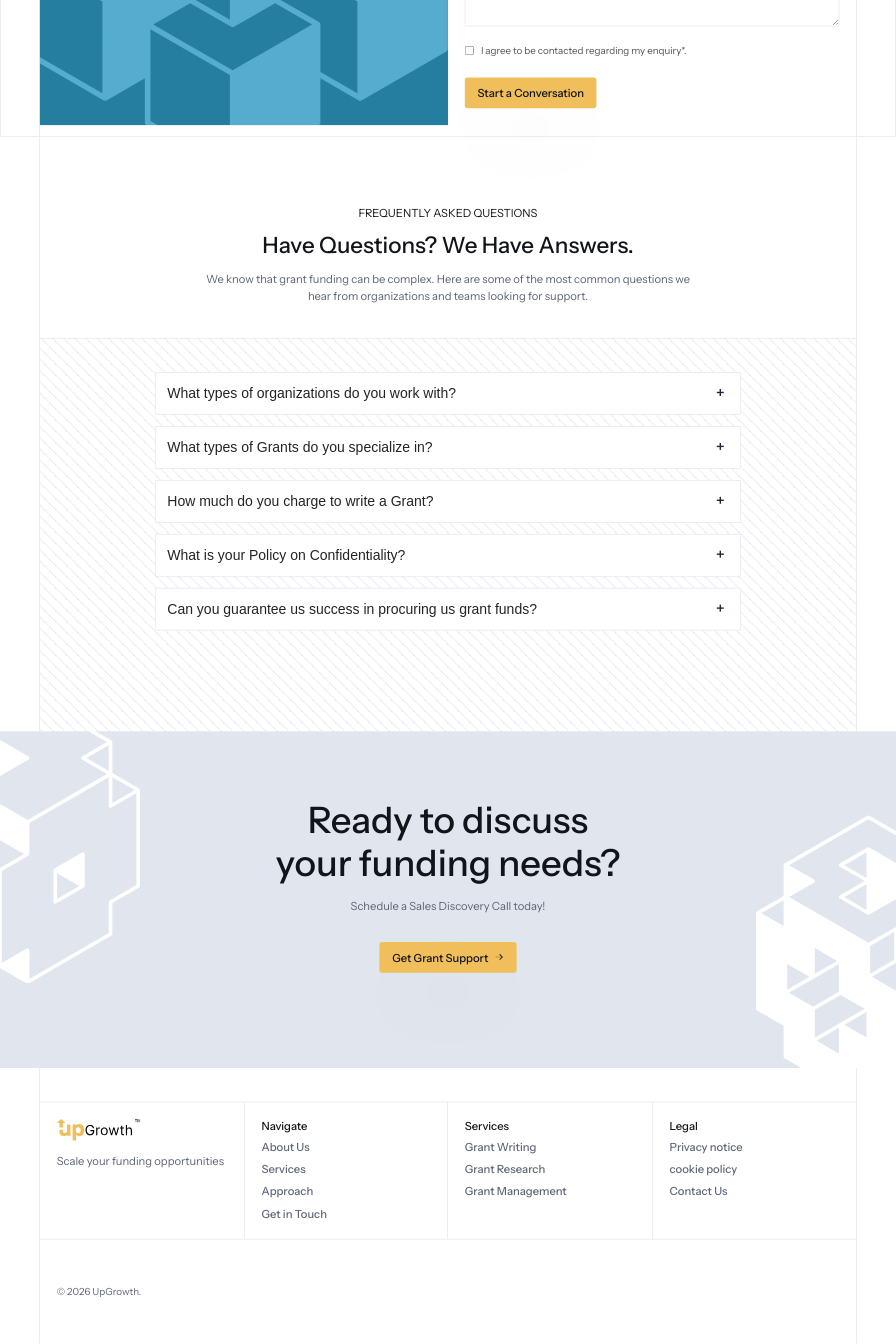
Repository: Ajeyinka/Upgrowth
Page: contact.html
The author's editor kept a copy of each file at every save. The page is drawn from the files as they stood at one save, then again after the next save.
The browser window is 1280 px wide. The pictures show the part of the page from y = 664 to 2584 px (the page is 2584 px tall), at 70% of full size.

Above is the page before, as saved 2026-09-24 19:13:11.

After the next save:
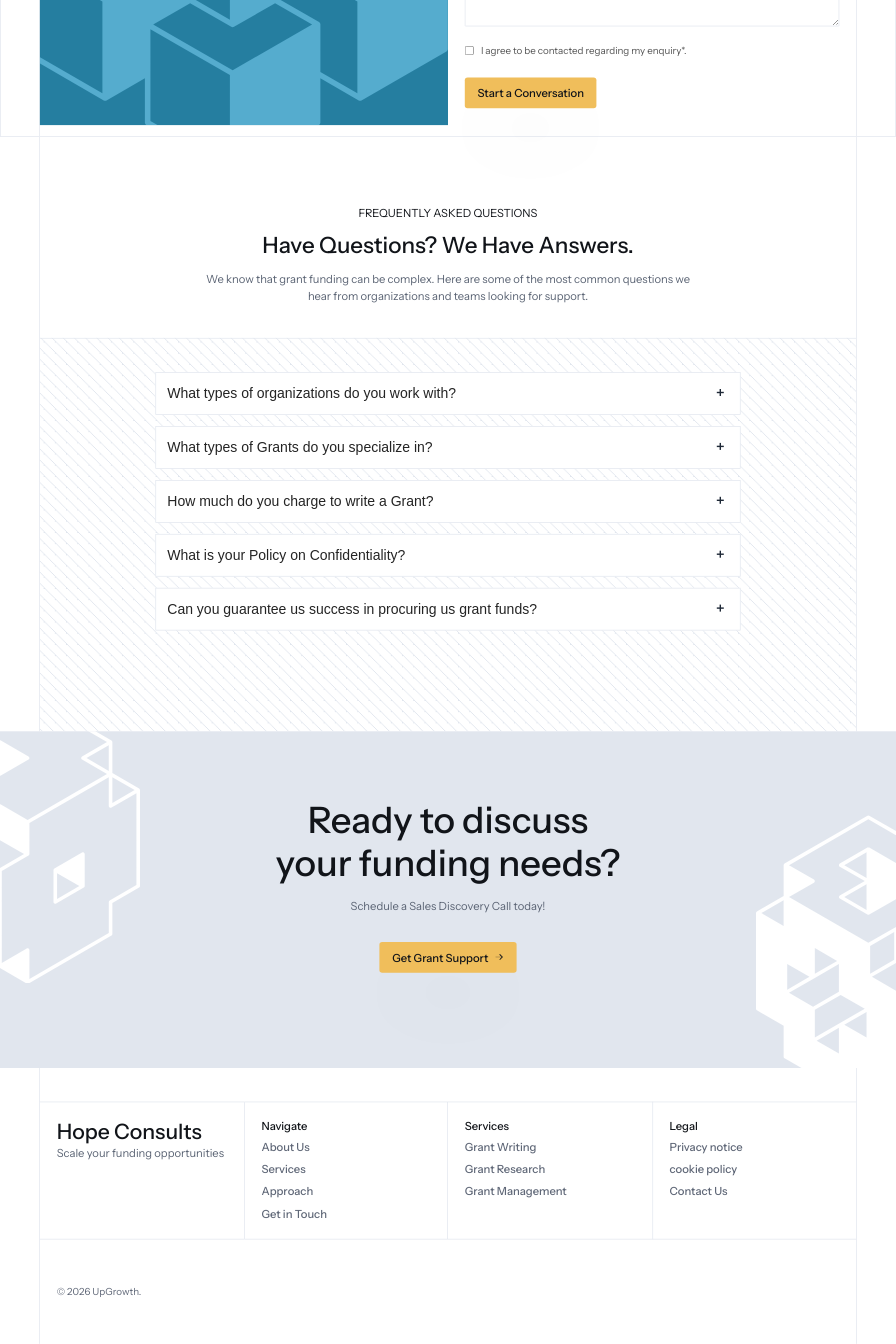
Saved 42 s later.
--- a/contact.html
+++ b/contact.html
@@ -250,7 +250,7 @@
                <div class="padding_globe">
                     <div class="footer-component">
                       <div class="col">
-                        <img src="images/footerlogo.svg" alt="">
+                        <h3>Hope Consults</h3>
                         <p>Scale your funding opportunities</p>
                       </div>
                       <div class="col">
